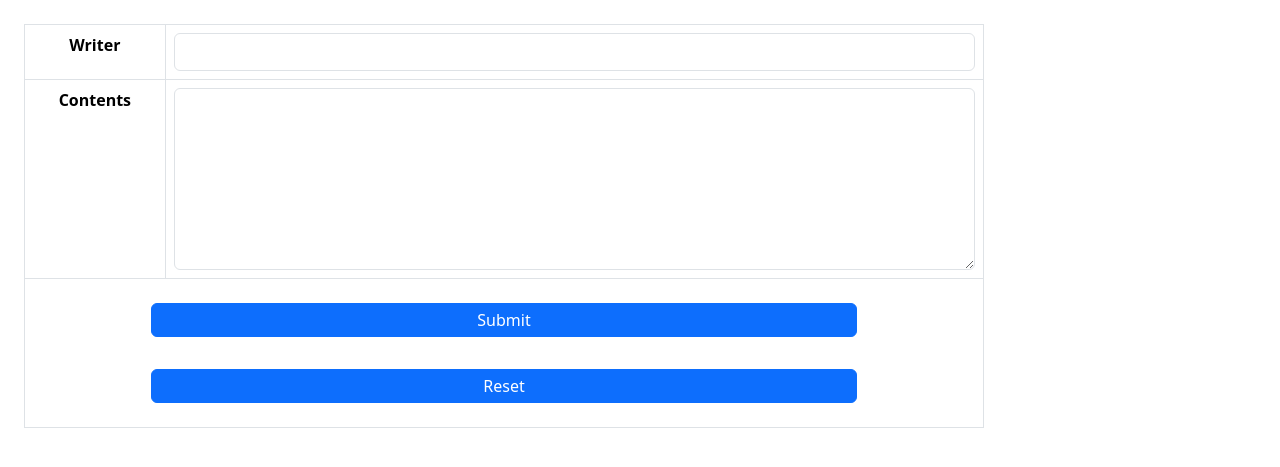
Repository: tomaters/servlets-JSP
Page: jsptest/src/main/webapp/bbs/write2.html
These files come from the project's save history. The page is drawn as it stood at one moment and after the next save; the edit follows.
The browser window is 1280 px wide. The pictures show the whole page.

Above is the page before, as saved 2023-11-29 05:57:28.

### jsptest/src/main/webapp/bbs/write2.html
<!DOCTYPE html>
<html>
<head>
<meta charset="UTF-8">
<title>Insert title here</title>
 <!-- import Bootstrap -->
    <link href="https://cdn.jsdelivr.net/npm/bootstrap@5.3.2/dist/css/bootstrap.min.css" rel="stylesheet">
    <script src="https://cdn.jsdelivr.net/npm/bootstrap@5.3.2/dist/js/bootstrap.bundle.min.js"></script>
</head>
<body>
<form method="post" action="/jsptest/visit">
      <table align="center" class="table text-center table-bordered table-hover bg-light p-2 m-4 w-75">
        <tr class="w-100">
            <th class="text-center">Writer</th>
        		<td>
        			<input type="text" name="writer" class="form-control">
        		</td>
        	</tr>
        <tr>
        	<th class="text-center">Contents</th>
        	<td>
          		<textarea rows="7" cols="50" name="memo" class="form-control"></textarea>
         	</td>
        </tr>
        <tr>
         <td colspan="2" align="center">
           <input type="submit" class="btn btn-primary w-75 p-1 m-3" value="Submit">
           <input type="reset" class="btn btn-primary w-75 p-1 m-3" value="Reset">
         </td>
         </tr>
    </table>
    </form>
</body>
</html>

After the next save:
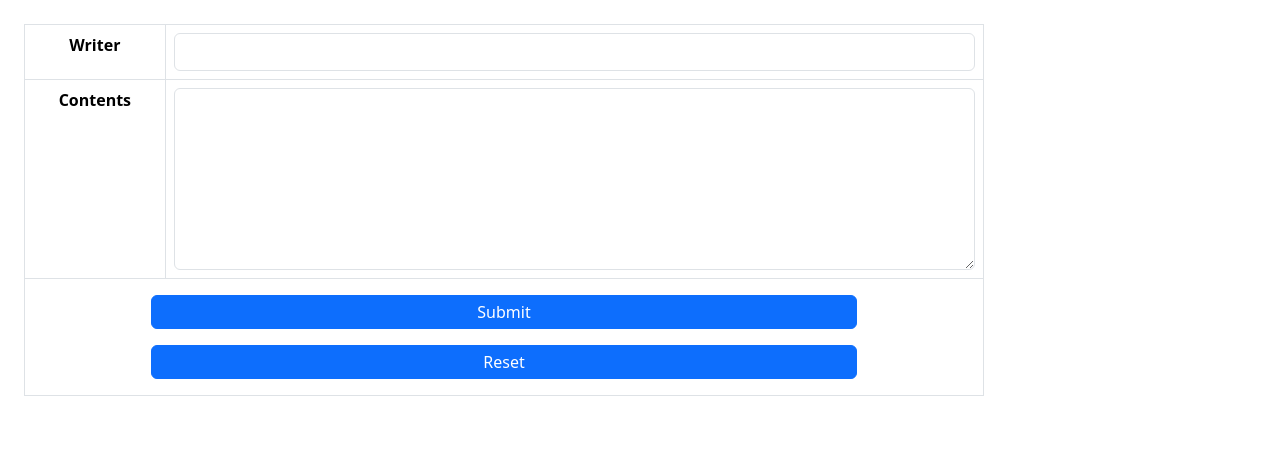
Saved 21 s later.
--- a/jsptest/src/main/webapp/bbs/write2.html
+++ b/jsptest/src/main/webapp/bbs/write2.html
@@ -24,8 +24,8 @@
         </tr>
         <tr>
          <td colspan="2" align="center">
-           <input type="submit" class="btn btn-primary w-75 p-1 m-3" value="Submit">
-           <input type="reset" class="btn btn-primary w-75 p-1 m-3" value="Reset">
+           <input type="submit" class="btn btn-primary w-75 p-1 m-2" value="Submit">
+           <input type="reset" class="btn btn-primary w-75 p-1 m-2" value="Reset">
          </td>
          </tr>
     </table>
